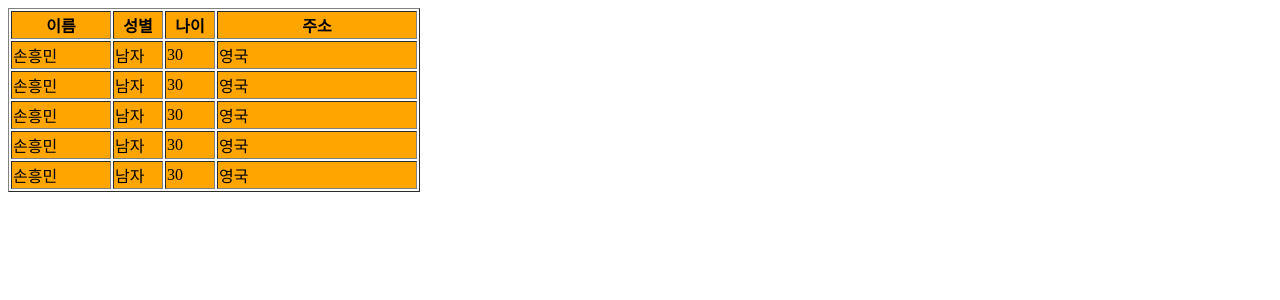
Repository: Junhee1412/front_end_practice
Page: jquery, bootstrap/js01_jquery/public/js06_selector.html
The author's editor kept a copy of each file at every save. The page is drawn from the files as they stood at one save, then again after the next save.
The browser window is 1280 px wide. The pictures show the whole page.

Above is the page before, as saved 2022-11-14 05:31:07.

After the next save:
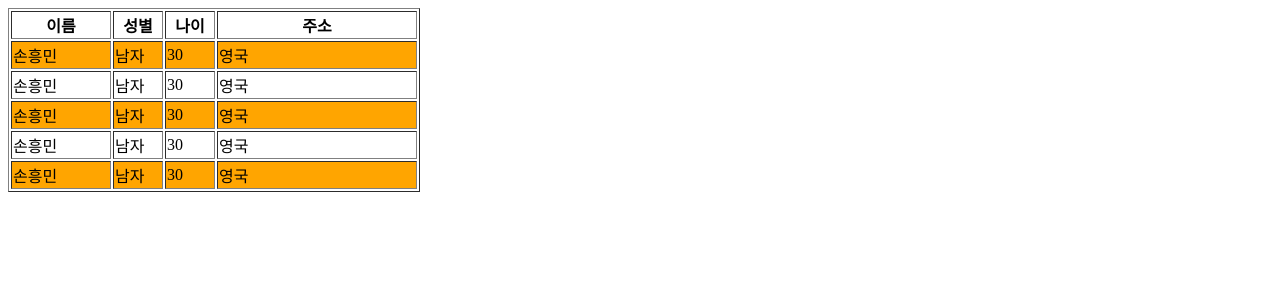
Saved 16 s later.
--- a/jquery, bootstrap/js01_jquery/public/js06_selector.html
+++ b/jquery, bootstrap/js01_jquery/public/js06_selector.html
@@ -9,7 +9,7 @@
 	<script>
 		//위치선택자
 		$(function() {
-			$('tr').css('background', 'orange');
+			$('tr:odd').css('background', 'orange');
 		});
 	</script>
 </head>
